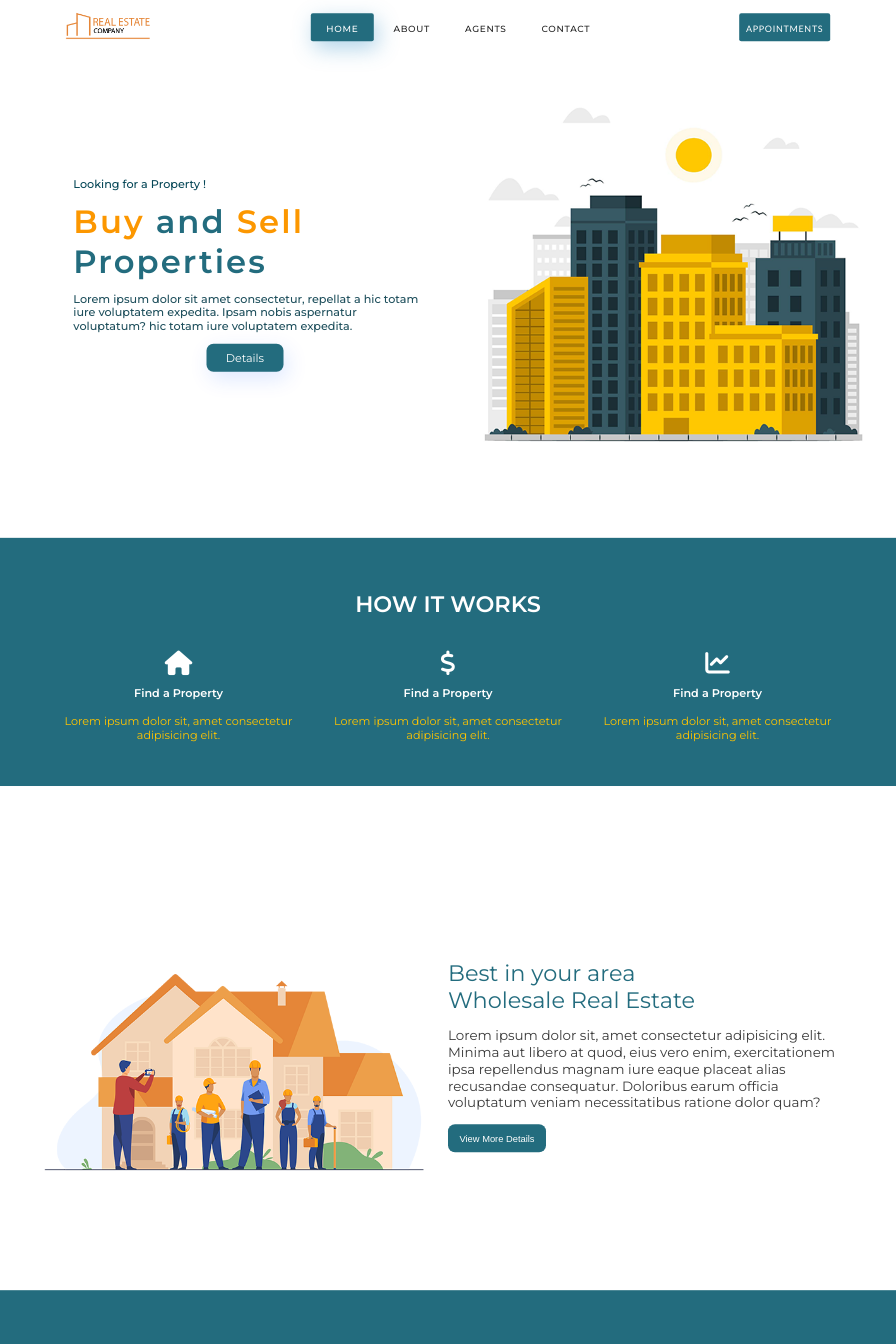
Repository: gabe126679/Mikes-site
Page: /
The author's editor kept a copy of each file at every save. The page is drawn from the files as they stood at one save, then again after the next save.
The browser window is 1280 px wide. The pictures show the part of the page from y = 0 to 1920 px (the page is 3754 px tall), at 70% of full size.
Some web libraries are served in a nearby version. The project was rebuilt for these pictures with package versions that can differ from the ones it lists, and the page was loaded fresh each time.

Above is the page before, as saved 2022-04-18 19:47:31.

### public/index.html
<!DOCTYPE html>
<html lang="en">
  <head>
    <meta charset="utf-8" />
    <link rel="icon" href="%PUBLIC_URL%/favicon.ico" />
    <meta name="viewport" content="width=device-width, initial-scale=1" />
    <meta name="theme-color" content="#000000" />
    <meta
      name="description"
      content="Web site created using create-react-app"
    />
    <link rel="apple-touch-icon" href="%PUBLIC_URL%/logo192.png" />

    <link rel="manifest" href="%PUBLIC_URL%/manifest.json" />
    <script src="https://kit.fontawesome.com/95dc93da07.js"></script>
    <title>Mike's Homes</title>
  </head>
  <body>
    <noscript>You need to enable JavaScript to run this app.</noscript>
    <div id="root"></div>

  </body>
</html>

### src/index.css
@import url('https://fonts.googleapis.com/css2?family=Montserrat:wght@300;400;500;600&display=swap');

/***fontawesome <script src="https://kit.fontawesome.com/95dc93da07.js"></script> *********/



body{
    margin:0px;
    padding: 0px;

    background-color: #ffffff;
    font-family: 'Montserrat', sans-serif;
}
*{
    box-sizing: border-box;
}
ul{
    list-style: none;
}
a{
    text-decoration: none;
}
button{
    outline: none;
    border: none;
}
input{
    outline: none;
    border: none;
}
.logo img{
    width: 120px;
}
.header{

    width:100%;
    height:768px;
    position: relative;
    background-repeat: no-repeat;
    background-size: cover;
    background-image: url("./images/header-bg.png");
}
nav{
	display: flex;
	justify-content: space-around;
	align-items: center;
	left: 0;
	top: 0;
	width:100%;
	z-index: 1;
	background-color: #FFFFFF;
}
nav ul{
	display: flex;
}
.active{
    background-color: #236c7e;
    color:rgb(255, 255, 255);
	box-shadow: 5px 10px 30px rgba(64, 149, 198, 0.411);
	transition: all ease 0.2s;
}
nav ul li a{
	height:40px;
	line-height: 43px;
	margin: 3px;
	padding: 0px 22px;
	display: flex;
	font-size: 0.8rem;
	text-transform: uppercase;
	font-weight: 500;
	color:#242424;
    letter-spacing: 1px;
    border-radius: 3px;
    transition: 0.2s ease-in-out;
}
.property{
    font-family: calibri;
	height:40px;
	line-height: 43px;
	padding: 0px 10px;
	display: flex;
	font-size: 0.8rem;
	text-transform: uppercase;
	font-weight: 500;
	color:#ffffff;
    letter-spacing: 1px;
    border-radius: 3px;
    transition: 0.2s ease-in-out;
    background-color: #236c7e;
}
nav ul li a:hover{
	background-color: #064757;
    color:#FFFFFF;
	box-shadow: 5px 10px 30px rgba(64, 149, 198, 0.411);
	transition: all ease 0.2s;
}
nav .menu-btn,
.menu-icon{
		display:none;
	}
.intro{
	font-family: 'Montserrat';
	width: 500px;
	position: absolute;
	left: 16%;
	top: 50%;
	transform: translate(-20%,-50%);
}
.intro span{
    color: #fc9700;
}
.intro .details{
    color: #1e4f5c;
}
.intro h1{
	font-family:'Montserrat';
	font-size: 46px;
	margin:0px;
	letter-spacing: 3px;
	color:#236c7e;
}
.intro p{
    color: #064757; font-weight: 500;
}
.header-btn{
	width:110px;
	height: 40px;
	display: flex;
	justify-content: center;
    align-items: center;
    background-color: #236c7e;
    box-shadow: 5px 10px 30px rgba(2, 82, 255, 0.137);
    border-radius: 10px;
	color:#ffffff;
}
.header-btn:hover{
	background-color: #04afda;
    transition: all ease 0.5s;
    color: #ffffff;
    box-shadow: 5px 0px 30px rgba(2, 154, 255, 0.39);
}
.container {
    max-width: 1140px;
    margin: 0 auto;
    padding: 0 20px;
}

.flex {
    display: flex;
    justify-content: space-between;
}
.how-it-works {
    padding: 3rem 0;
    background: #236c7e;
    text-align: center;
}

.how-it-works h2 {
    margin-bottom: 3rem;
    font-size: 2rem;
    font-family: 'Montserrat';
    color: #ffffff;
    font-weight: 600;
    text-transform: uppercase;
}

.how-it-works .flex > div {
    width: 30%;
}

.how-it-works h4 {
    color: #ffffff;
    margin-top: 1rem;
}
.how-it-works p{
    color: rgb(255, 196, 0);
}

.how-it-works span.fas {
    color: #ffffff;
    font-size: 35px;
}
  .about{
	width:100%;
	height: 100vh;
	background-color:#ffffff;
	box-sizing: border-box;
	display: flex;
	align-items: center;
	justify-content: space-between;
	padding: 50px 5% 0px 5%;
	position: relative;
}
.about-text{
	width: 50%;
}
.about-text h2{
	font-size: 2rem;
	color:#236c7e;
	font-weight: 400;
}
.about-text h2{
	margin: 0px;
	padding: 0px;
}
.about-text p{
	font-size: 1.2rem;
	color:#3a3a3a;

}
.about-text button{
	width: 140px;
	height: 40px;
	border-radius: 10px;
	border: none;
    outline: none;
    color: #ffffff;
	background-color:#236c7e;
}
.about-text button:hover{
	background-color: #04afda;
    transition: all ease 0.3s;
    color: #ffffff;
    box-shadow: 5px 0px 30px rgba(2, 154, 255, 0.39);
}
.about-model img{
    height: 400px;
}

.agent{
    width:100%;
    height:110vh;
    box-sizing: border-box;
    font-family: calibri;
    display: flex;
    flex-direction: column;
    align-items: center;
    justify-content: center;
    padding-top: 40px ;
    background: #236c7e;
}

.a-heading h1{
    color:#ffffff;
    font-size: 3rem;
    margin: 0px;
    padding: 0px;

}
.a-heading p{
    color:rgb(238, 238, 238);
    font-size: 1rem;
    margin: 0px;
    padding: 0px;
}
.a-heading{
    text-align: center;
    margin: 20px 0px;
}
.a-box{
    background-color: #ffffff;
    width:350px;
    height: 500px;
    margin: 20px;
    border-radius: 10px;
    overflow: hidden;
    box-shadow: 2px 2px 12px rgba(0,0,0,0.1);
    position: relative;
}
.b-container{
    display: flex;
    justify-content: center;
    align-content: center;
    width: 100%;

}
.a-b-img{
    width: 100%;
    height: 70%;

}
.a-b-img img{
    width:100%;
    height: 100%;
    object-fit: contain;
}
.a-b-text{
    width: 100%;
    height: 30%;
    background-color:#ffffff;
    display:flex;
    justify-content: center;
    align-items: center;
    text-align: center;
    flex-direction: column;
}
.a-box:hover{
    transform:translateY(-10px);
    transition: all ease 0.3s;

}
.agent-btn{
	width:110px;
	height: 40px;
	display: flex;
	justify-content: center;
    align-items: center;
    background-color: #236c7e;
    box-shadow: 5px 10px 30px rgba(2, 82, 255, 0.137);
    border-radius: 10px;
	color:#ffffff;
}
.agent-btn:hover{
	background-color: #04afda;
    transition: all ease 0.5s;
    color: #ffffff;
    box-shadow: 5px 0px 30px rgba(2, 154, 255, 0.39);
}

.product{
	width: 100%;
	background-color: #FFFFFF;
	display: flex;
	height: 760px;
	flex-direction: column;
	align-items: center;
	padding:40px 20px;
	position: relative;
	border-radius: 10px;
	margin-top: 70px;
}


.p-heading{

	margin:20px;
	text-shadow: 2px 2px 10px rgba(0,0,0,0.05);
}
.p-heading h3{
	font-weight: 600;
	letter-spacing: 2px;
	text-align: center;
	font-size:2.5rem;
	color:#323543;

}
.p-heading h3 font{
	color:#303030;
}
.product-container{
	display: flex;
	justify-content: center;
	align-items: center;
	flex-wrap: wrap;
	margin: 10px 0px;
	width:100%;
}
.p-box{
	width:350px;
	height: 420px;
	display: flex;
	justify-content: center;
	align-items: center;
	flex-direction: column;
	border-radius: 12px;
	position: relative;
	margin: 20px 30px;
    background-color: rgb(255, 255, 255);
    box-shadow: 2px 2px 30px rgba(0,0,0,0.1);
}
.p-box img{
	height:150px;
}
.p-box p{
	color:#4d4d4d70;
	font-family: myriad pro;
	font-size: 0.9rem;
	letter-spacing: 0.5;
}
.price{
	color:#2c2c2c;
	font-family: poppins;
	font-size: 1rem;;
}
.buy-btn{
	position: absolute;
	width:140px;
	height: 40px;
	display: flex;
	justify-content: center;
	align-items: center;
	font-family:calibri;
	left: 50%;
	bottom: 20px;
	transform: translateX(-50%);
	border-radius: 15% 15% 15% 15% / 50% 50% 50% 50%;
	background:linear-gradient(120deg,#064757 20%,#04afda);
	color:#FFFFFF;
	display: none;
	animation: fade 0.2s;
}
.p-box:hover .buy-btn{
	display: flex;
}
.p-box:hover{
	box-shadow: 2px 2px 30px rgba(0, 0, 0, 0.233);
	background-color:#FFFFFF;
}
.p-box:hover .price{
	color:#04afda;
	transition: all ease 0.2s;
}

@keyframes fade{
	0%{
		opacity: 0;
	}
	100%{
		opacity: 1;
	}
}
.contact{
    background-color: #236c7e;
	display:flex;
	flex-direction: column;
	justify-content: center;
	align-items: center;
    margin:10px 0px;
    margin-top: 80px;
    padding: 30px 0px;
}
.contact h3{
	font-size:2.5rem;
    margin:20px;
    color: #ffffff;
}
.contact-input{
	width:400px;
	height:50px;
	background-color:#FFFFFF;
	display:flex;
	justify-content: center;
	border-radius: 50px;
	box-shadow: 2px 2px 30px rgba(0,0,0,0.15);
}
.contact-input input{
	width:100%;
	background-color: transparent;
	border:none;
	outline: none;
	text-align: center;
	color:#242425;
}
.contact-input a{
	width:200px;
	height:35px;
	background-color:#236c7e;
	color:#FFFFFF;
	display: flex;
	font-size: 0.9rem;
	justify-content: center;
	align-items: center;
	margin: auto 10px;
	border-radius: 20px;
	font-weight: 500;
}
@media(max-width:1190px){
	.header{
        background-size: 1150px !important;
        text-align: center;
	}
	.intro{
		left: 10%;
		top: 50%;
		transform: translate(-10%,-50%);
	}
	.about-model img{
		height:400px;
    }
    .agent{
		height:auto;
    }
    .b-container{
		flex-wrap: wrap;
	}
    .a-box{
		flex-grow: 1;
	}
	.a-b-img img{
		object-fit:contain;
	}

}

@media(max-width:970px){
  .header {
    background-image: none;
  }
	.main{
		background-image: none !important;

	}
	.intro{
		left: 50%;
		top: 50%;
		transform: translate(-50%,-50%);
    }

	.about-model{
		display: none;
	}
	.about{
        text-align: center;
		justify-content: center;
		padding-top: 0px;
	}
	.about-text{
		width: 90%;
	}
	.about-text h1{
		font-size:4rem;
    }

}

@media(max-width:600px){
	.intro{
		width:60%;
    }}
    .scroll{
      left: 42.5%;
    }
  .header-btn{
    margin-left: 38%;
    left: 20px;
  }

    @media (max-width: 500px) {
        .how-it-works .flex {
            display: block;
        }

        .how-it-works .flex > div {
            width: 100%;
            margin-top: 2rem;
        }
        .contact{
            margin-top: 1000px;
        }

@media(max-width:1100px){.menu-icon{
    display:block;}
        nav{
            justify-content: space-between;
            height: 65px;
            padding: 0px 30px;
            position: fixed;
        }
        .property{
            background: none;
            font-size: 13px;
            color: #000;
            padding: 0px;
        }
        .logo img{
            width:70px;
        }
        .menu{
            display:none;
            position:absolute;
            top:65px;
            left:0px;
            background-color:#FFFFFF;
            border-bottom:4px solid #064757;
            width:100%;
            padding:0px;
            margin:0px;
        }
        .menu li{
            width:100%;
        }
        nav .menu li a{
            width:100%;
            height:40px;
            justify-content: center;
            align-items: center;
            margin:0px;
            padding: 25px;
            border:1px solid rgba(38,38,38,0.03);
        }
        nav .menu-icon{
            cursor:pointer;
            float:right;
            padding:28px 20px;
            position:relative;
            user-select: none;
        }
        nav .menu-icon .nav-icon{
            background-color:#333333;
            display:block;
            height:2px;
            position:relative;
            transition: background 0.2s ease-out;
            width:20px;
        }
        nav .menu-icon .nav-icon:before,
        nav .menu-icon .nav-icon:after{
            background:#333;
            content:'';
            display:block;
            height:100%;
            position:absolute;
            transition:all ease-out 0.2s;
            width:100%;
        }
        nav .menu-icon .nav-icon:before{
            top:5px;
        }
        nav .menu-icon .nav-icon:after{
            top:-5px;
        }
        nav .menu-btn:checked ~ .menu-icon .nav-icon{
            background:transparent;
        }
        nav .menu-btn:checked ~ .menu-icon .nav-icon:before{
            transform: rotate(-45deg);
            top:0;
        }
        nav .menu-btn:checked ~ .menu-icon .nav-icon:after{
            transform: rotate(45deg);
            top:0;
        }
        nav .menu-btn{
            display:none;
        }
        nav .menu-btn:checked ~ .menu{
            display:block;
        }}
        @media(max-width:400px){
            .s-box{
                width: 100%;
                height:400px;
            }
        }}

### src/App.js
import React from 'react';
import Header from './components/Header'
import Howitworks from './components/Howitworks'
import About from './components/About'
import Agent from './components/Agent'
import Properties from './components/Properties'
import Contact from './components/Contact'

function App() {
  return (
    <div className="App">
      <Header />
      <Howitworks />
      <About />
      <Agent />
      <Properties />
      <Contact />
    </div>
  );
}

export default App;

### src/components/Header.jsx
import React from 'react';
import Navbar from './Navbar'

function Header() {
  return (
    <div className="header">
        <Navbar />
        <div className="intro">
            <p>Looking for a Property !</p>
            <h1><span>Buy </span>and <span>Sell </span> Properties</h1>
            <p className="details">Lorem ipsum dolor sit amet consectetur, repellat a hic totam iure voluptatem expedita. Ipsam nobis aspernatur voluptatum? hic totam iure voluptatem expedita. </p>
            <a href="#" className="header-btn">Details</a>

        </div>
    </div>
  )
}

export default Header

### src/components/Howitworks.jsx
import React from 'react'

function Howitworks() {
  return (
    <div className="how-it-works">
        <div className="container">
            <h2>How It Works</h2>
            <div className="flex">
                <div>
                    <span className="fas fa-home"></span>
                    <h4>Find a Property</h4>
                    <p>Lorem ipsum dolor sit, amet consectetur adipisicing elit.</p>
                </div>

                <div>
                    <span className="fas fa-dollar-sign"></span>
                    <h4>Find a Property</h4>
                    <p>Lorem ipsum dolor sit, amet consectetur adipisicing elit.</p>
                </div>

                <div>
                    <span className="fas fa-chart-line"></span>
                    <h4>Find a Property</h4>
                    <p>Lorem ipsum dolor sit, amet consectetur adipisicing elit.</p>
                </div>
            </div>
        </div>
    </div>
  )
}

export default Howitworks;

### src/components/About.jsx
import React from 'react'
import aboutimage from '../images/hero.png';

function About() {
  return (
    <div className="about">
      <div className="about-model">
        <img src={aboutimage} alt="about image"/>
      </div>
      <div className="about-text">
        <h2>Best in your area <br/>Wholesale Real Estate</h2>
        <p>Lorem ipsum dolor sit, amet consectetur adipisicing elit. Minima aut libero at quod, eius vero enim, exercitationem ipsa repellendus magnam iure eaque placeat alias recusandae consequatur. Doloribus earum officia voluptatum veniam necessitatibus ratione dolor quam?</p>
        <button>View More Details</button>
      </div>
    </div>
  )
}

export default About

### src/components/Agent.jsx
import React from 'react'
import Agentbox from './Agentbox';
import agentimage1 from '../images/s1.png';

function Agent() {
  return (
    <div className="agent">
        <div className="a-heading">
            <h1>Agents</h1>
            <p>Lorem ipsum dolor sit amet consectetur adipisicing elit. Voluptas, vel.</p>
        </div>
        <div className="b-container">
            <Agentbox image={agentimage1} name="Mike Melius"/>
        </div>
    </div>
  )
}

export default Agent;

### src/components/Properties.jsx
import React from 'react'
import Bproperty from "./Bproperty";
import pimage1 from "../images/p1.png"
import pimage2 from "../images/p2.png"
import pimage3 from "../images/p3.png"

function Properties() {
  return (
    <div className="product">
        <div className="p-heading">
            <h3>Properties</h3>
            <p>Lorem ipsum dolor sit amet consectetur adipisicing elit. Perferendis, vitae.</p>
        </div>

        <div className="product-container">
            <Bproperty image={pimage1} name="AL-Musalla" price="$240,989" />
            <Bproperty image={pimage2} name="AL-Hafz" price="" />
            <Bproperty image={pimage3} name="AL-Bahara" price="" />
        </div>
    </div>
  )
}

export default Properties;

### src/components/Contact.jsx
import React from 'react';

function Contact() {
  return (
    <div className="contact">
        <h3>Get the Best Property</h3>
        <div className="contact-input">
            <input type="email" placeholder="example@gmail.com"/>
            <a href="#">Continue</a>
        </div>
    </div>
  )
}

export default Contact;

### src/components/Navbar.jsx
import React from 'react'
import logo from "../images/logo1.png"

function Navbar() {
  return (
    <nav>
        <a href="#" className="logo">
            <img src={logo} alt="logo"/>
        </a>
        <input className="menu-btn" type="checkbox" id="menu-btn"/>
        <label className="menu-icon" for="menu-btn">
            <span className="nav-icon"></span>
        </label>
        <ul className="menu">
            <li><a href="#" className="active">Home</a></li>
            <li><a href="#">About</a></li>
            <li><a href="#">Agents</a></li>
            <li><a href="#">Contact</a></li>
        </ul>
        <a href="#" className="property">Appointments</a>
    </nav>
  )
}

export default Navbar

### src/components/Agentbox.jsx
import React from 'react'

function Agentbox(props) {
  return (
    <div className="a-box">
        <div className="a-b-img">
            <img src={props.image} alt=""/>
        </div>
        <div className="a-b-text">
            <h3>{props.name}</h3>
            <a href="#" className="agent-btn">Learn More</a>
        </div>
    </div>
  )
}

export default Agentbox;

### src/components/Bproperty.jsx
import React from 'react'

function Bproperty(props) {
  return (
    <div className="p-box">
        <img src={props.image} alt="product"/>
        <p> {props.name} </p>
        <a href="#" className="price">
            {props.price}
        </a>
        <a href="#" className="buy-btn">
            Add to Cart
        </a>
    </div>
  )
}

export default Bproperty;

Loaded but not shown: src/index.js (common file)

After the next save:
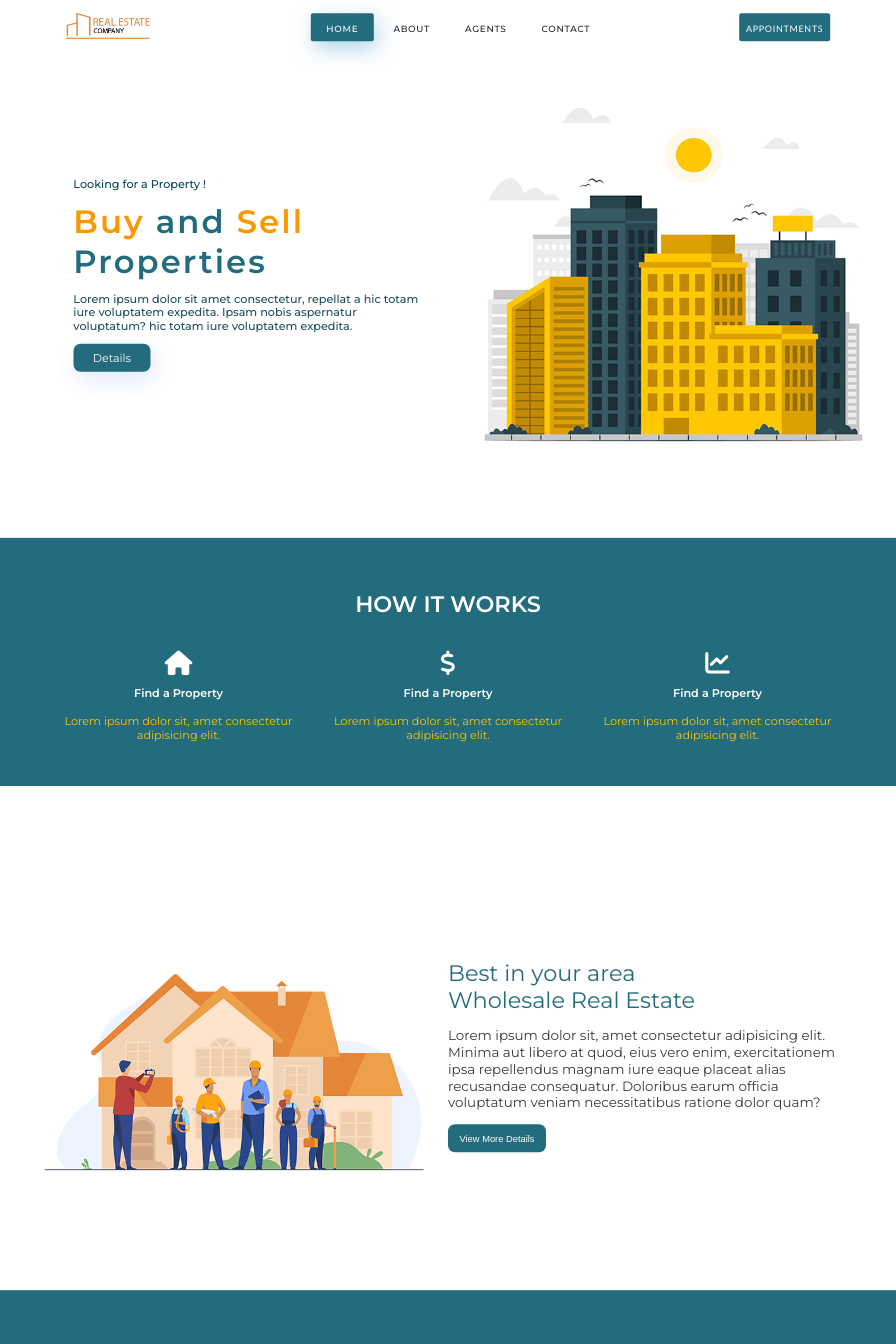
Saved 18 s later.
--- a/src/index.css
+++ b/src/index.css
@@ -531,8 +531,6 @@
       left: 42.5%;
     }
   .header-btn{
-    margin-left: 38%;
-    left: 20px;
   }
 
     @media (max-width: 500px) {

After the save that followed:
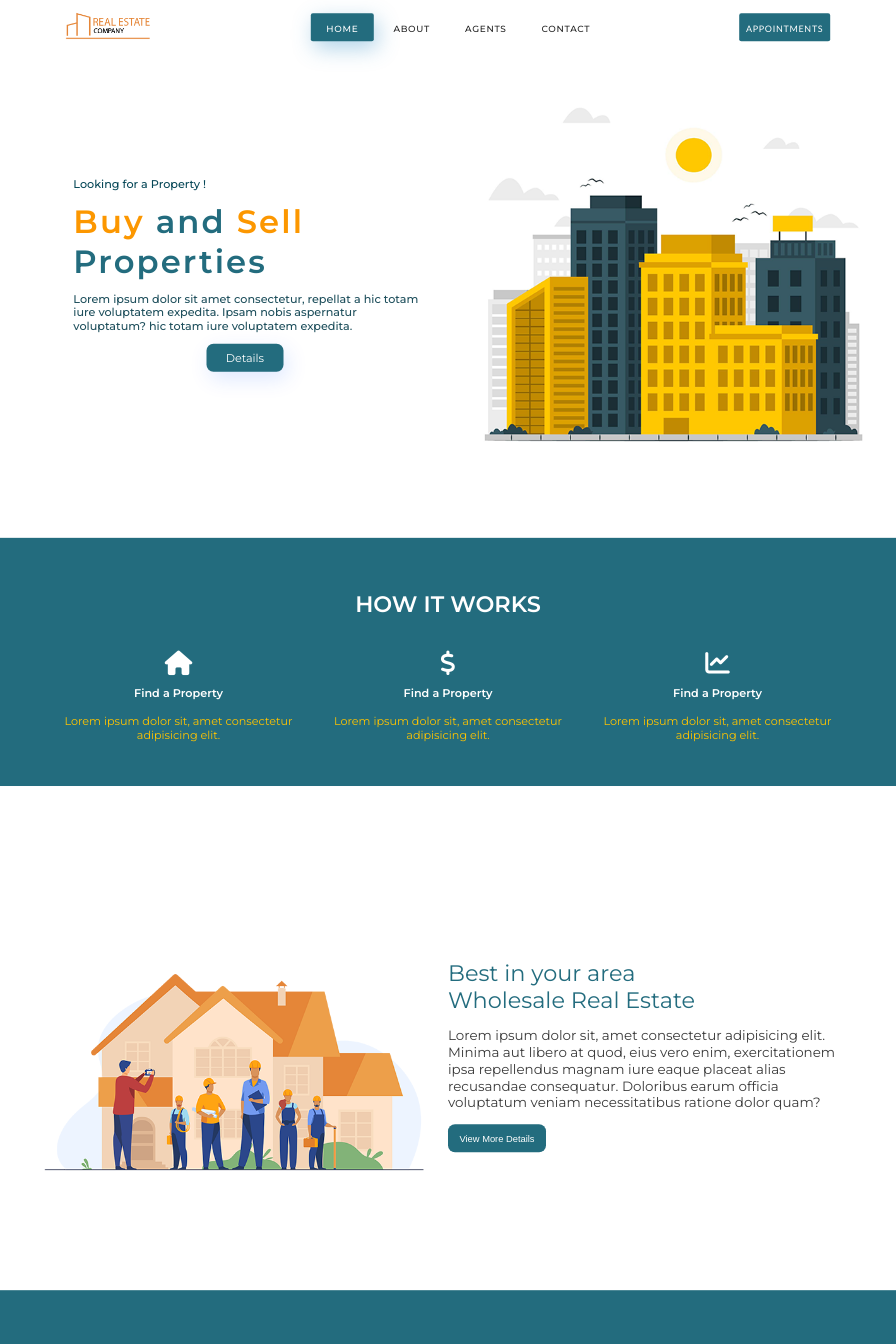
Saved 72 s later.
--- a/src/index.css
+++ b/src/index.css
@@ -531,6 +531,7 @@
       left: 42.5%;
     }
   .header-btn{
+    margin-left: 38%;
   }
 
     @media (max-width: 500px) {
